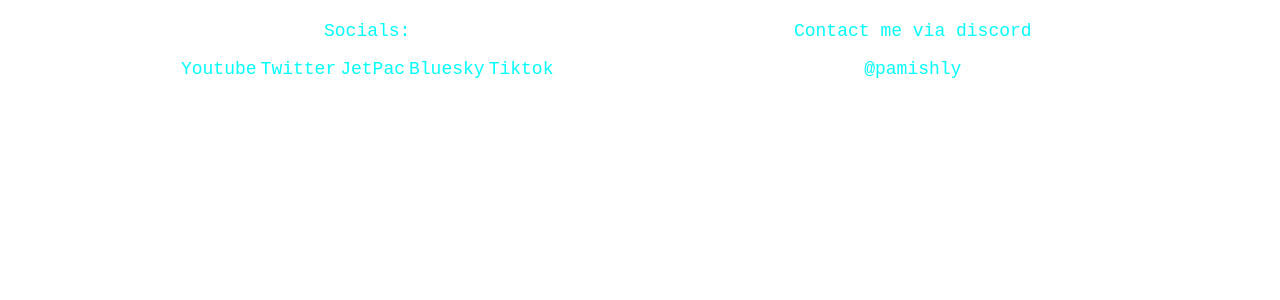
Repository: Pamishly/resources
Page: footer.html
The author's editor kept a copy of each file at every save. The page is drawn from the files as they stood at one save, then again after the next save.
The browser window is 1280 px wide. The pictures show the whole page.

Above is the page before, as saved 2025-01-26 01:22:46.

### footer.html
<div id = "container">
<div id = "social">
<p>Socials:</p>
<a>Youtube</a>
<a>Twitter</a>
<a>JetPac</a>
<a>Bluesky</a>
<a>Tiktok</a>
</div>
<div id = contact>
    <p>Contact me via discord</p>
    <p>@pamishly</p>
</div>
</div>

<style>
    p, a{
        color: cyan;
        font-family: monospace;
        font-size: 18px;
        text-align: center;
    }
    #container {
        display: flex;
        justify-content: center;
        gap: 40px;
        height: 30%;
        margin-top: -5px;
    }
    #contact {
        width: 40%;
        justify-items: center;
    }
    #social {
        width: 40%;
        justify-items: center;
    }
</style>

After the next save:
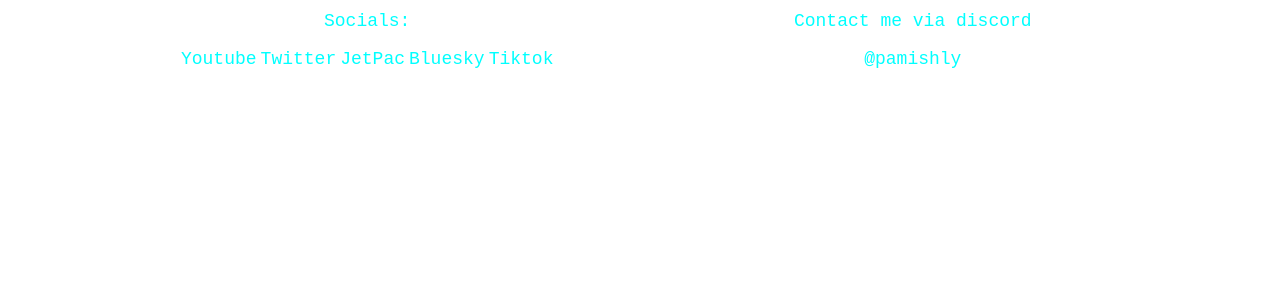
Saved 8 s later.
--- a/footer.html
+++ b/footer.html
@@ -25,7 +25,7 @@
         justify-content: center;
         gap: 40px;
         height: 30%;
-        margin-top: -5px;
+        margin-top: -15px;
     }
     #contact {
         width: 40%;
